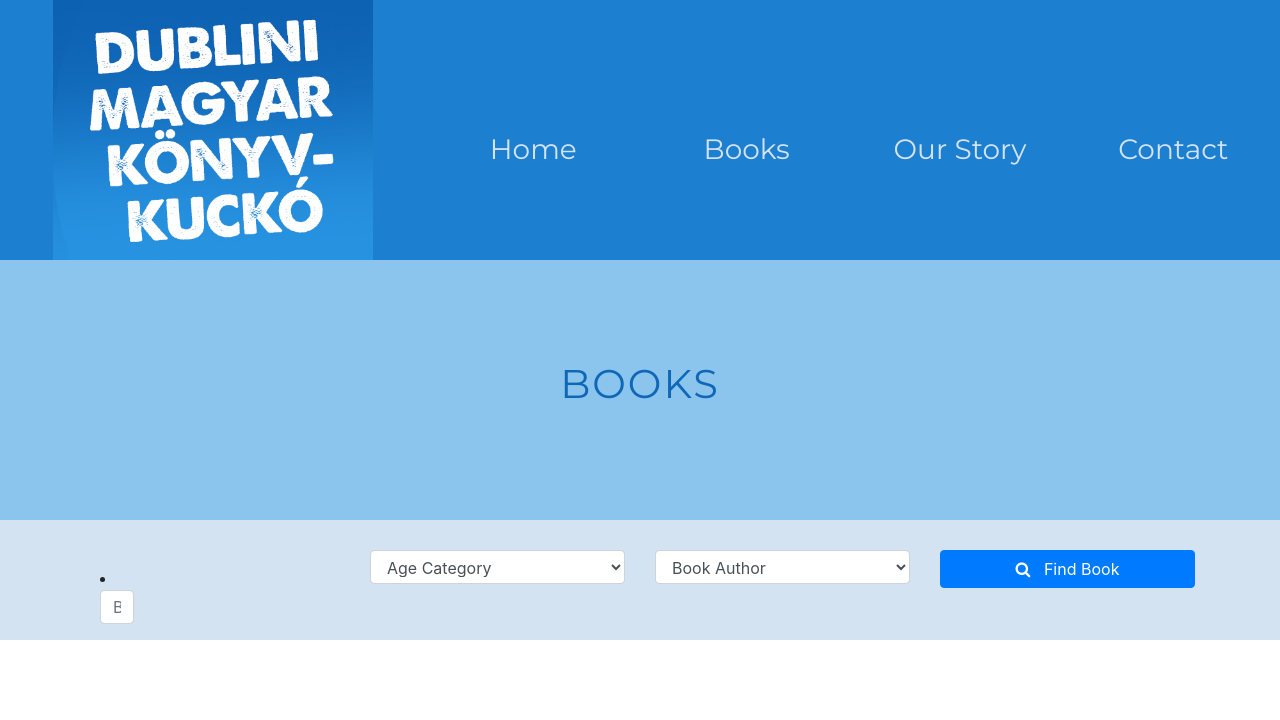
Repository: taikatta/Konyvkucko
Page: books.html
The author's editor kept a record of every edit. The page is drawn from the files as they stood at one moment, then again after the next edit.
The browser window is 1280 px wide. The pictures show the whole page.

Above is the page before.

After the next edit:
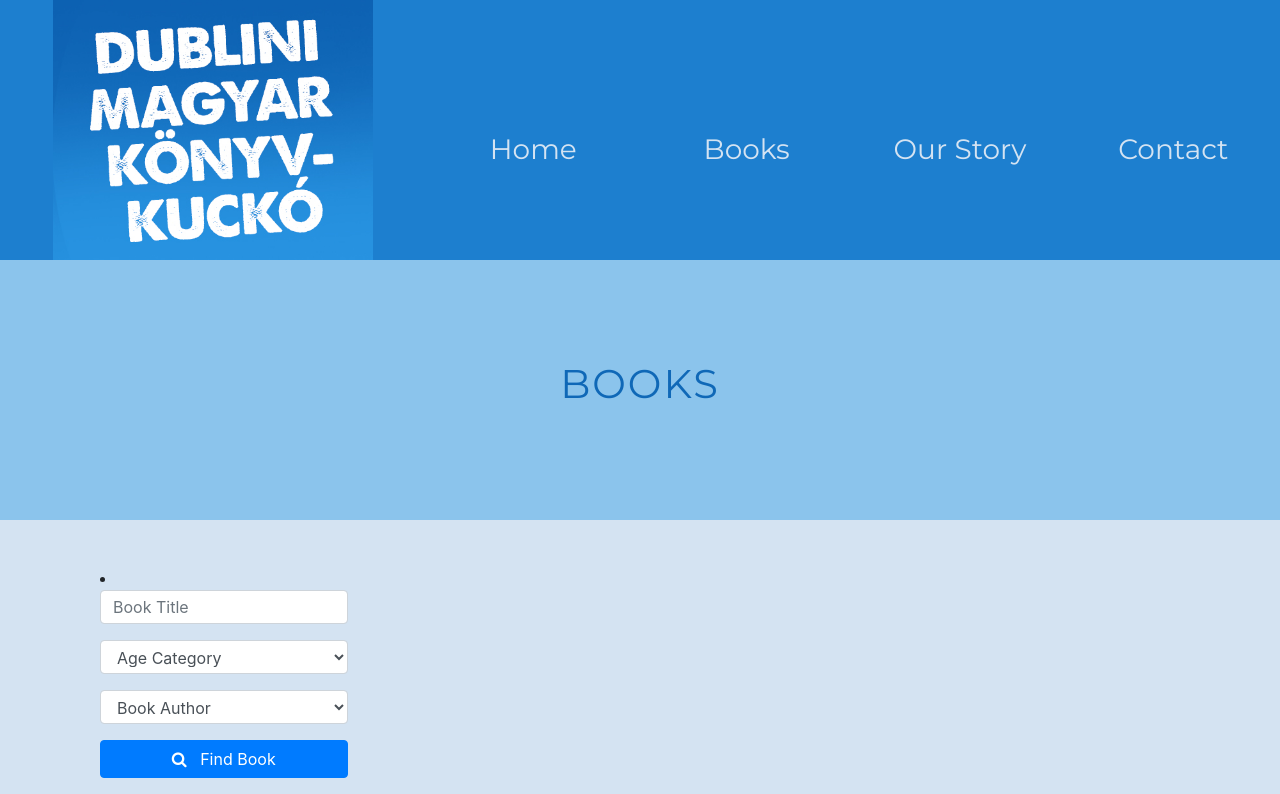
The edit:
--- a/books.html
+++ b/books.html
@@ -61,7 +61,7 @@
                                     <div class="form-group">
                                         <input name="s" value type="text" class="form-control" id="keyboard" placeholder="Book Title">
                                     </div>
-                                </div>
+                                </li>
                                 <div class="col-sm-6 col-md-3">
                                     <div class="form-group">
                                         <select name="product_cat" id="product_cat" class="form-control">
